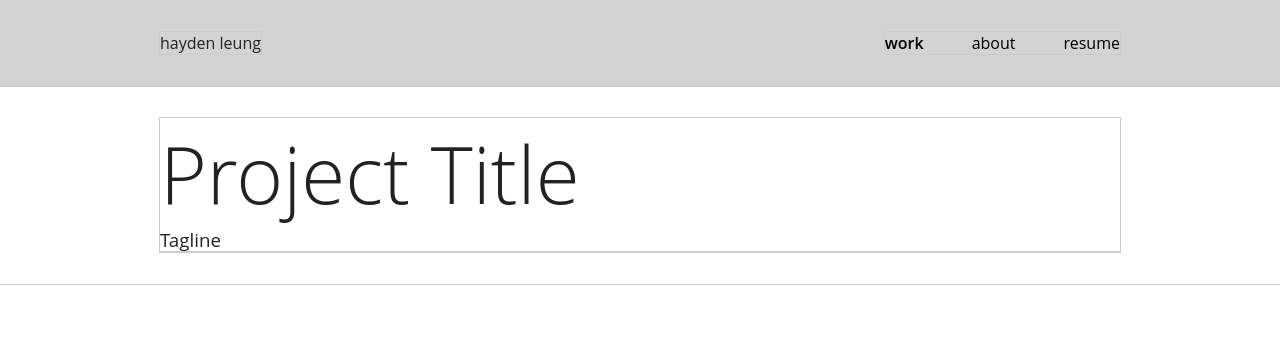
Repository: Haydenleung/Artifact
Page: /
The author's editor kept a copy of each file at every save. The page is drawn from the files as they stood at one save, then again after the next save.
The browser window is 1280 px wide. The pictures show the whole page.
The project was rebuilt for these pictures with package versions that can differ from the ones it lists, and the page was loaded fresh each time. The framework's server and built-in components were replaced by stand-ins that run in the browser. Also part of the build but not shown: next.config.mjs.

Above is the page before, as saved 2024-01-28 23:47:18.

### src/pages/index.tsx
import Image from "next/image";
import Navbar from "@/components/Navbar";
import CaseStudy from "@/components/CaseStudy";

export default function Home() {
  return (
    <main className={"page"}>
      <Navbar />
      <div className={"caseStudy"}>
        <CaseStudy />
      </div>
    </main>
  )
}

### src/styles/globals.css
/* ==========================================================================
    [Table of contents]

    1. BASE
        1.1 Page Rendering Defaults
        1.2 Core Styling
        1.3 Typography
    2. LAYOUT
        2.1 Core Layout
        2.2 Small only
        2.3 medium and up
        2.4 Medium only
        2.5 large screens and up
    3. UTILITY classes
    4. PRINT

    ========================================================================== */

/* ==========================================================================
   BASE
   ========================================================================== */

/* 1.1 Page Rendering Defaults */

html {
  color: #222;
  font-size: 1em;
}

::-moz-selection {
  background: #b3d4fc;
  text-shadow: none;
}

::selection {
  background: #b3d4fc;
  text-shadow: none;
}

audio,
canvas,
iframe,
i,
img,
svg,
video {
  vertical-align: middle;
}

fieldset {
  border: 0;
  margin: 0;
  padding: 0;
}

textarea {
  resize: vertical;
}

/* 1.2 Core Styling */

/* refer to https://css-tricks.com/box-sizing/ */

*,
*:before,
*:after {
  box-sizing: border-box;
}

img {
  width: 100%;
}

/* 1.3 Typgraphy */

@import url('https://fonts.googleapis.com/css2?family=Open+Sans:ital,wght@0,300;0,400;0,500;0,600;0,700;0,800;1,300;1,400;1,500;1,600;1,700;1,800&display=swap');

h1,
h2,
h3,
h4,
h5,
h6 {
  font-weight: 400;
  /* text-align: center; */
  margin: 0;
}

h1 {
  font-size: 60pt;
  font-weight: 200;
}

h2 {
  font-size: 16pt;
}

h4 {
  font-size: 9pt;
}

h5 {
  font-size: 8pt;
}

* {
  font-family: 'Open Sans', sans-serif;
}


/* ==========================================================================
 2. LAYOUT
 ========================================================================== */

/* Helper to display empty layout containers*/

div,
main,
section,
footer,
header {
  outline: 1px solid #ccc;
}

body {
  padding: 0;
  margin: 0;
}

/* 2.1 Core layout */

.row {
  display: grid;
  row-gap: 1rem;
}

.col {
  position: relative;
}

.page {
  display: flex;
  flex-direction: column;
  justify-content: center;
  align-items: center;
}

.caseStudy {
  width: 100%;
  padding: 2rem 10rem;
}

/* Navbar */

/* 2.2 Small only */

@media screen and (max-width: 39.9375em) {}

/* 2.3 medium and up */

@media screen and (min-width: 40em) {}

/* 2.4 Medium only */

@media screen and (min-width: 40em) and (max-width: 63.9375em) {}

/* 2.5 large screens and up 2.6 Large only */

/* @media screen and (min-width: 64em) {

} */

### src/components/Navbar/index.tsx
import styles from './navbar.module.css'
import Image from 'next/image'
import Link from 'next/link'
import { useState } from 'react'

export default function Navbar() {

    const [isPage, setIsPage] = useState("Work");

    return (
        <div className={styles.container}>
            <div className={styles.logo}>hayden leung</div>
            <div className={styles.pages}>
                <Link href="/" className={isPage === "Work" ? styles.bold : styles.normal}>work</Link>
                <Link href="/" className={isPage === "about" ? styles.bold : styles.normal}>about</Link>
                <Link href="/" className={isPage === "resume" ? styles.bold : styles.normal}>resume</Link>
            </div>
        </div>
    )
}

### src/components/CaseStudy/index.tsx
export default function CaseStudy() {
    return (
        <div className={"titleSection"}>
            <h1 className={"projetTitle"}>Project Title</h1>
            <h3 className={"projectTagline"}>Tagline</h3>
            <div className={""}></div>
        </div>
    )
}

### src/components/Navbar/navbar.module.css
.container {
    background-color: lightgrey;
    padding: 0.5rem;
    width: 100%;
    padding: 2rem 10rem;
    display: flex;
    flex-direction: row;
    justify-content: space-between;
    position: sticky;
    min-height: 44px;
}

.logo {}

.pages {
    display: flex;
    flex-direction: row;
    gap: 3rem;
}

.bold {
    font-weight: 600;
    color: black;
    text-decoration: none;
}

.normal {
    color: black;
    text-decoration: none;
}

Loaded but not shown: src/pages/_app.tsx (common file); src/pages/_document.tsx (common file); src/pages/api/hello.ts (common file)

After the next save:
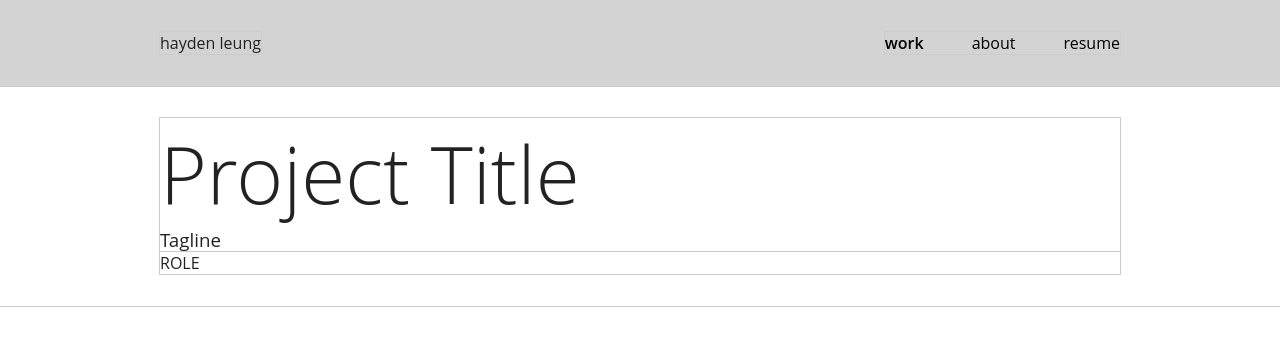
Saved 3 min 19 s later.
--- a/src/components/CaseStudy/index.tsx
+++ b/src/components/CaseStudy/index.tsx
@@ -3,7 +3,9 @@ export default function CaseStudy() {
         <div className={"titleSection"}>
             <h1 className={"projetTitle"}>Project Title</h1>
             <h3 className={"projectTagline"}>Tagline</h3>
-            <div className={""}></div>
+            <div className={"projectInfo"}>
+                <div>ROLE                                  </div>
+            </div>
         </div>
     )
 }
